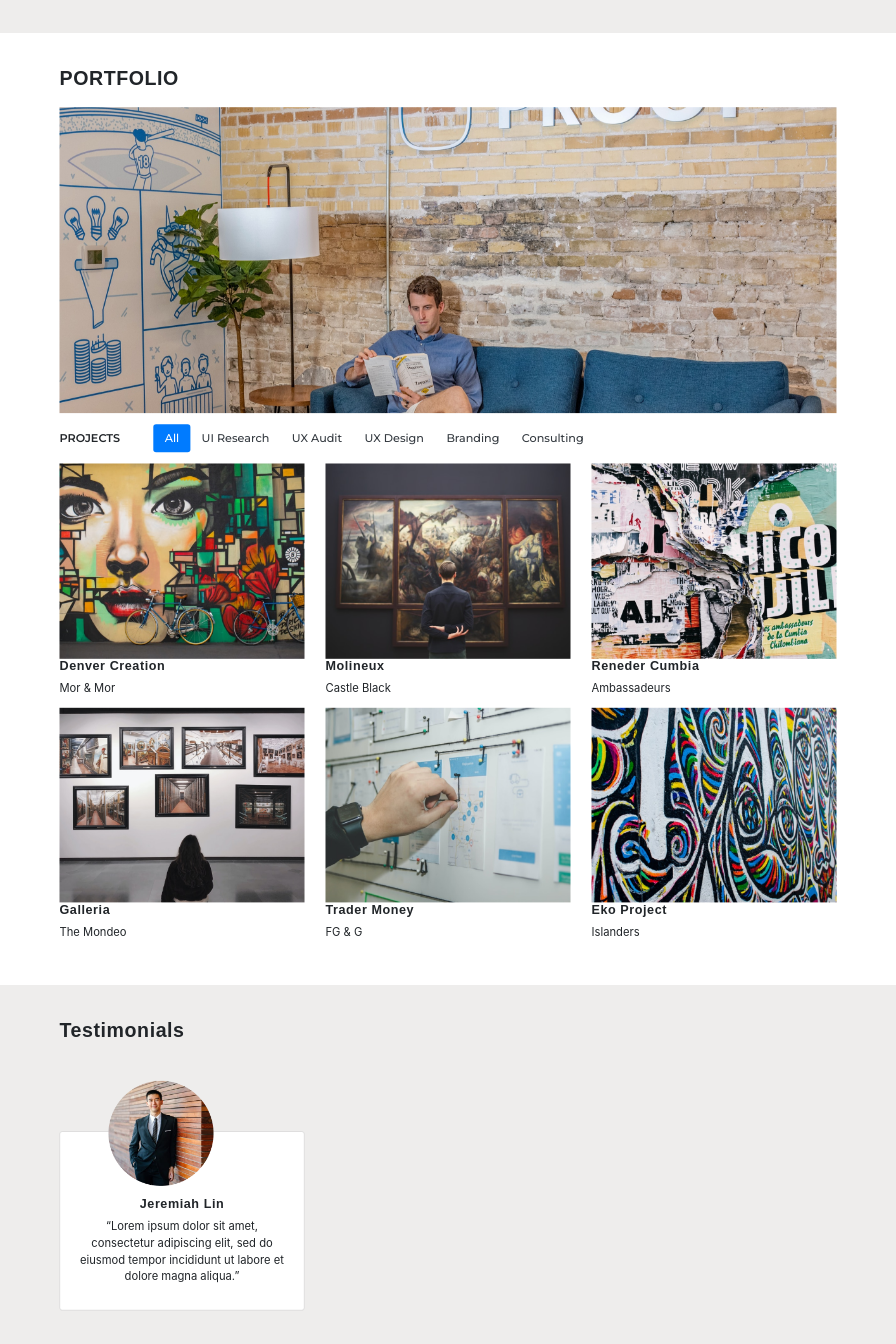
Repository: Syfon01/hng-port
Page: index.html
The author's editor kept a copy of each file at every save. The page is drawn from the files as they stood at one save, then again after the next save.
The browser window is 1280 px wide. The pictures show the part of the page from y = 1853 to 3773 px (the page is 3773 px tall), at 70% of full size.
Some web fonts or font styles are not loaded; a fallback is used.

Above is the page before, as saved 2020-06-28 19:32:56.

After the next save:
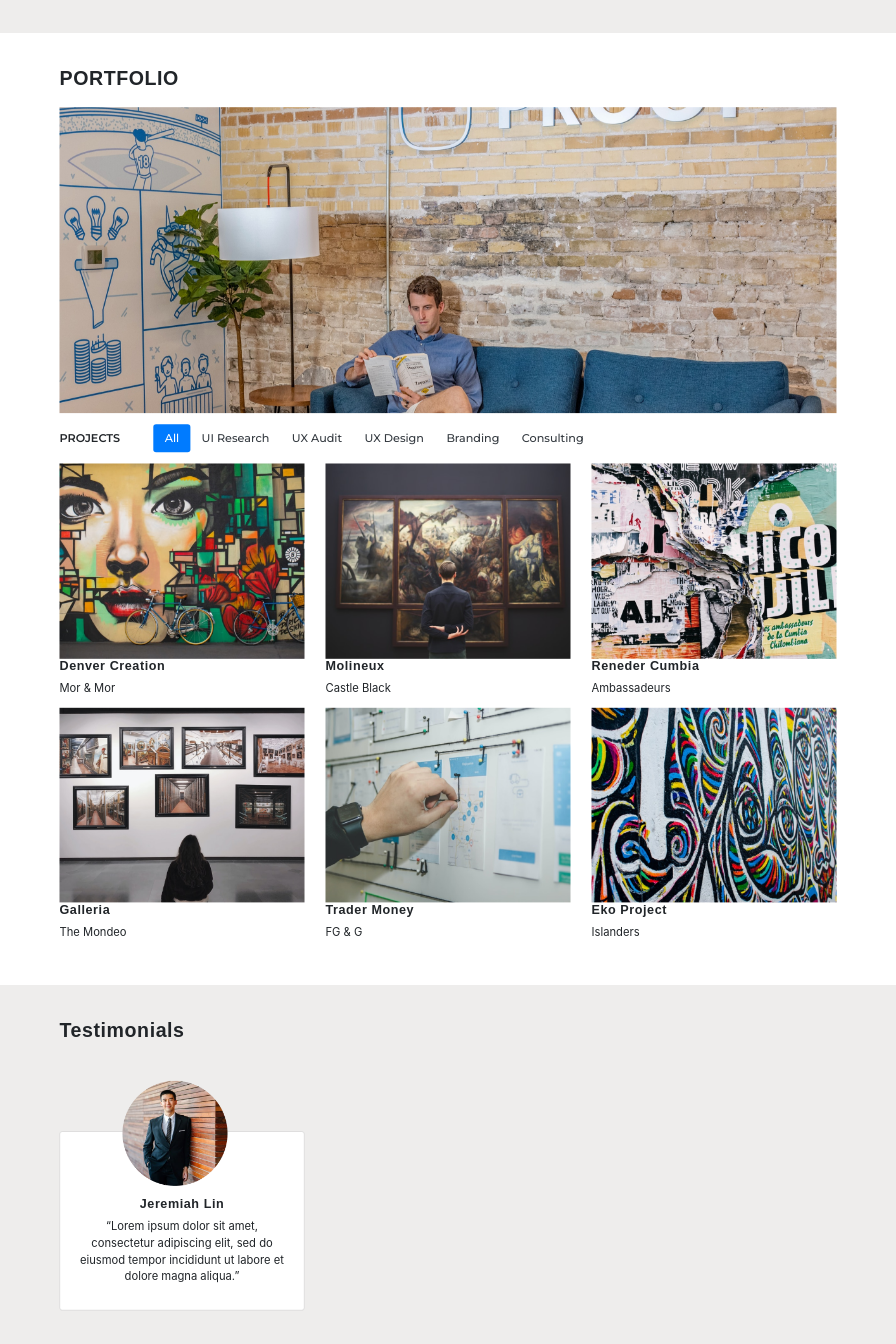
Saved 10 s later.
--- a/style.css
+++ b/style.css
@@ -83,7 +83,7 @@ h5{
 .card-image{
   position: absolute;
   top:0;
-  left: 70px;
+  left: 90px;
   width: 150px;
   height: 150px;
   text-align: center;
